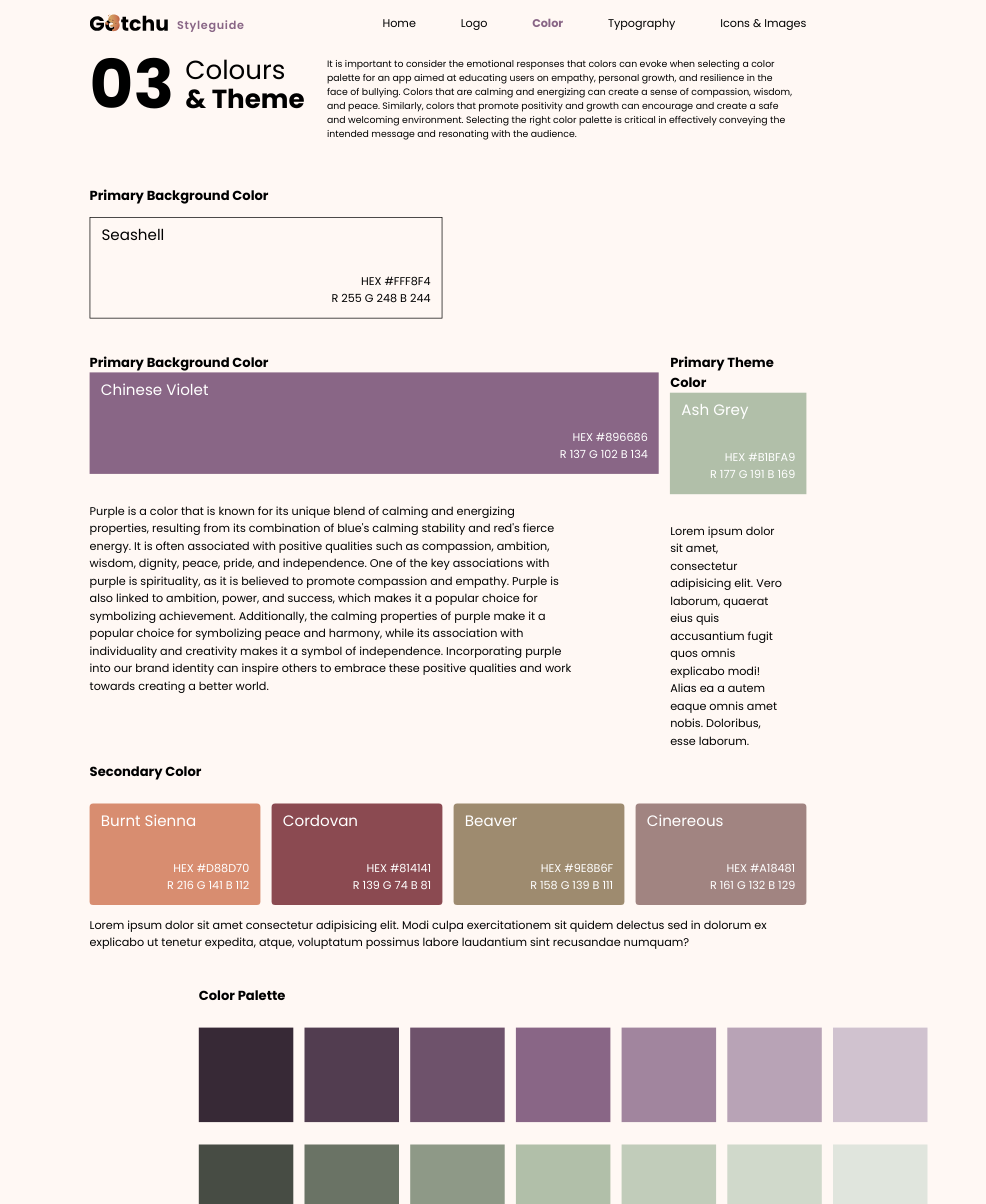
Repository: kionale/Antibullying-Project_Design-Guide
Page: color.html
An editor plug-in stored every save of this project. The page is shown before and after the next save, followed by the edit.
The browser window is 1280 px wide. The page is 1408 px wide, so the pictures cover 1408 px, including what lies to the right of the window. The pictures show the part of the page from y = 0 to 1720 px (the page is 2511 px tall before and 2552 px after), at 70% of full size.

Above is the page before, as saved 2023-03-11 01:28:55.

### color.html
<!DOCTYPE html>
<html lang="en">

<head>
    <meta charset="UTF-8">
    <meta http-equiv="X-UA-Compatible" content="IE=edge">
    <meta name="viewport" content="width=device-width, initial-scale=1.0">
    <title>Color Palette and Typography</title>
    <link rel="stylesheet" href="color.css">
</head>

<body>
    <nav class="navbar">
        <div class="logo_container">
            <img src="/images/logo.svg" class="logo" />
            <div class="app_name">Styleguide</div>
        </div>
        <ul class="nav_links">
            <li><a href="index.html">Home</a></li>
            <li><a href="logo.html">Logo</a></li>
            <li><a href="color.html"><span class="bold">Color</span></a></li>
            <li><a href="typography.html">Typography</a></li>
            <li><a href="icons.html">Icons & Images</a></li>
        </ul>
        <div class="burger">
            <div class="line1"></div>
            <div class="line2"></div>
            <div class="line3"></div>
        </div>
    </nav>
    <main class="body_container">
        <section class="about">
            <div class="section_number">
                <div class="element_number">03</div>
                <h2 class="page_title">Colours <br><span class="highlight">& Theme</h2>
            </div>
            <div class="about_text">
                <p class="section_description">It is important to consider the emotional responses that colors can evoke
                    when selecting a color palette for an app aimed at educating users on empathy, personal growth, and
                    resilience in the face of bullying. Colors that are calming and energizing can create a sense of
                    compassion, wisdom, and peace. Similarly, colors that promote positivity and growth can encourage
                    and create a safe and welcoming environment. Selecting the right color palette is critical in
                    effectively conveying the intended message and resonating with the audience.</p>
            </div>
        </section>
        <h3 class="subHeading">Primary Background Color</h3>
        <div class="columnTwo">
            <div class="subCard">
                <div class="color_container color_box1">
                    <div class="color_bgname">Seashell</div>
                    <div class="hex">HEX #FFF8F4</div>
                    <div class="RGB">R 255 G 248 B 244</div>
                </div>
            </div>
        </div>

        <div class="row">
            <div class="col">
                <div class="color_scheme">
                    <h3>Primary Background Color</h3>
                    <div class="color_container color_box2">
                        <div class="color_name">Chinese Violet</div>
                        <div class="hex_w">HEX #896686</div>
                        <div class="RGB_w">R 137 G 102 B 134</div>
                    </div>
                </div>
                <div class="color_text primary_half">
                    <p>Purple is a color that is known for its unique blend of calming and energizing
                        properties,
                        resulting from its
                        combination of blue's calming stability and red's fierce energy. It is often
                        associated with
                        positive qualities such as
                        compassion, ambition, wisdom, dignity, peace, pride, and independence. One of the
                        key
                        associations with purple is
                        spirituality, as it is believed to promote compassion and empathy. Purple is also
                        linked to
                        ambition, power, and
                        success, which makes it a popular choice for symbolizing achievement. Additionally,
                        the
                        calming properties of purple
                        make it a popular choice for symbolizing peace and harmony, while its association
                        with
                        individuality and creativity
                        makes it a symbol of independence. Incorporating purple into our brand identity can
                        inspire
                        others to embrace these
                        positive qualities and work towards creating a better world.
                    </p>
                </div>
            </div>
            <div class="col">
                <div class="color_scheme">
                    <h3>Primary Theme Color</h3>
                    <div class="color_container color_box3">
                        <div class="color_name">Ash Grey</div>
                        <div class="hex_w">HEX #B1BFA9</div>
                        <div class="RGB_w">R 177 G 191 B 169</div>
                    </div>
                </div>
                <div class="color_text primary_half">
                    <p>Lorem ipsum dolor sit amet, consectetur adipisicing elit. Vero laborum, quaerat eius
                        quis
                        accusantium fugit
                        quos omnis explicabo modi! Alias ea a autem eaque omnis amet nobis. Doloribus, esse
                        laborum.
                    </p>
                </div>
            </div>
        </div>

        <div class="col">
            <h3>Secondary Color</h3>
            <div class="row">
                <div class="color_scontainer" style="background:rgb(216, 141,112);">
                    <div class="color_name">Burnt Sienna</div>
                    <div class="hex_w">HEX #D88D70</div>
                    <div class="RGB_w">R 216 G 141 B 112</div>
                </div>
                <div class="color_scontainer" style="background:rgb(139, 74,81);">
                    <div class="color_name">Cordovan</div>
                    <div class="hex_w">HEX #814141</div>
                    <div class="RGB_w">R 139 G 74 B 81</div>
                </div>
                <div class="color_scontainer" style="background:rgb(158, 139,111);">
                    <div class="color_name">Beaver</div>
                    <div class="hex_w">HEX #9E8B6F</div>
                    <div class="RGB_w">R 158 G 139 B 111</div>
                </div>

                <div class="color_scontainer" style="background:rgb(161, 132,129);">
                    <div class="color_name">Cinereous</div>
                    <div class="hex_w">HEX #A18481</div>
                    <div class="RGB_w">R 161 G 132 B 129</div>
                </div>

            </div>
            <p>Lorem ipsum dolor sit amet consectetur adipisicing elit. Modi culpa exercitationem sit quidem
                delectus sed in dolorum ex explicabo ut tenetur expedita, atque, voluptatum possimus labore
                laudantium sint recusandae numquam?</p>

        </div>

        </div>

        <section class="color_palette">
            <div>
                <h3>Color Palette</h3>
            </div>
            <div class="color_boxes">


                <div class="row">
                    <div class="small-cl-box1" style="background:#372936"></div>
                    <div class="small-cl-box1" style="background:#523D50"></div>
                    <div class="small-cl-box1" style="background:#6E526B"></div>
                    <div class="small-cl-box1" style="background:#896686"></div>
                    <div class="small-cl-box1" style="background:#A1859E"></div>
                    <div class="small-cl-box1" style="background:#B8A3B6"></div>
                    <div class="small-cl-box1" style="background:#D0C2CF"></div>


                </div>
                <div class="row">
                    <div class="small-cl-box1" style="background:#474C44"></div>
                    <div class="small-cl-box1" style="background:#6A7365"></div>
                    <div class="small-cl-box1" style="background:#8E9987"></div>
                    <div class="small-cl-box1" style="background:#B1BFA9"></div>
                    <div class="small-cl-box1" style="background:#C1CCBA"></div>
                    <div class="small-cl-box1" style="background:#D0D9CB"></div>
                    <div class="small-cl-box1" style="background:#E0E5DD"></div>

                </div>
                <div class="row">
                    <div class="small-cl-box1" style="background:#56382D"></div>
                    <div class="small-cl-box1" style="background:#825543"></div>
                    <div class="small-cl-box1" style="background:#825543"></div>
                    <div class="small-cl-box1" style="background:#D88D70"></div>
                    <div class="small-cl-box1" style="background:#E0A48D"></div>
                    <div class="small-cl-box1" style="background:#E8BBA9"></div>
                    <div class="small-cl-box1" style="background:#EFD1C6"></div>
                </div>
                <div class="row">
                    <div class="small-cl-box1" style="background:#381E20"></div>
                    <div class="small-cl-box1" style="background:#532C31"></div>
                    <div class="small-cl-box1" style="background:#6F3B41"></div>
                    <div class="small-cl-box1" style="background:#8B4A51"></div>
                    <div class="small-cl-box1" style="background:#A26E74"></div>
                    <div class="small-cl-box1" style="background:#B99297"></div>
                    <div class="small-cl-box1" style="background:#D1B7B9"></div>
                </div>
                <div class="row">
                    <div class="small-cl-box1" style="background:#3F382C"></div>
                    <div class="small-cl-box1" style="background:#5F5343"></div>
                    <div class="small-cl-box1" style="background:#7E6F59"></div>
                    <div class="small-cl-box1" style="background:#9E8B6F"></div>
                    <div class="small-cl-box1" style="background:#B1A28C"></div>
                    <div class="small-cl-box1" style="background:#C5B9A9"></div>
                    <div class="small-cl-box1" style="background:#D8D1C5"></div>
                </div>
                <div class="row">
                    <div class="small-cl-box1" style="background:#403534"></div>
                    <div class="small-cl-box1" style="background:#614F4D"></div>
                    <div class="small-cl-box1" style="background:#816A67"></div>
                    <div class="small-cl-box1" style="background:#A18481"></div>
                    <div class="small-cl-box1" style="background:#B1A28C"></div>
                    <div class="small-cl-box1" style="background:#C7B5B3"></div>
                    <div class="small-cl-box1" style="background:#D9CECD"></div>
                </div>
            </div>
        </section>


    </main>
</body>
<footer>
    <p class="footer"> Gotchu </p>
</footer>

</html>

### color.css
@import url('https://fonts.googleapis.com/css2?family=Lato:ital,wght@0,100;0,300;0,400;0,700;0,900;1,300&family=Poppins:ital,wght@0,100;0,200;0,300;0,400;0,500;0,600;0,700;1,500&display=swap');

:root {
    --primary-clr: #896686;
    --primary-clr-2: #B1BFA9;
    --font-color: black;
    --background-clr: #FFF8F4;
    --secondary-clr-1: #D88D70;
    --secondary-clr-2: #8B4A51;

}

* {
    margin: 0px;
    padding: 0px;
    box-sizing: border-box;
    /* border: 1px black solid; */
}

body {

    /* font-family: 'lato',sans-serif; */
    font-family: 'Poppins', sans-serif;
    background-color: var(--background-clr);

}

/* NavBar (Formatted) */

.navbar {
    /* background-color: var(--secondary-clr); */
    display: flex;
    justify-content: space-between;
    align-items: center;
    min-height: 9vh;
    color: var(--font-color);
    /* position: sticky; */
    top: 0;
    padding: 0 8rem;
}

.logo_container {
    display: flex;
    flex-direction: row;
    align-items: center;
    gap: 0.8rem;
}

.logo {
    width: 7rem;
    object-fit: contain;
}


.logo:hover {
    transform: scale(1.05);
}

.app_name {
    letter-spacing: 1px;
    font-size: 1rem;
    font-weight: 600;
    color: #896686;
    margin-top: 0.5rem;
}

.app_name:hover {
    color: var(--secondary-clr);
}

.bold {
    font-weight: bold;
    color: var(--primary-clr);
}

.nav_links {
    display: flex;
    flex-direction: row;
    justify-content: flex-end;
    gap: 4rem;
    width: 40vw;
    flex-grow: 1;
}

.nav_links li {
    list-style: none;
}

.nav_links a {
    color: inherit;
    text-decoration: none;
    font-weight: 400;
}

.nav_links li:hover {
    transform: translateX(-5%);
}

.burger {
    display: none;
    cursor: pointer;
}

.burger div {
    width: 1.5rem;
    height: 0.15rem;
    background-color: black;
    margin: 0.35rem;

}

/* NavBar (End) */

/* Main Container (Formatted) */

.body_container {
    display: flex;
    flex-direction: column;
    padding: 0rem 8rem;
}

/* Main Container (End) */

/* Section Number with Desciption (Formatted) */

.about {
    display: flex;
    flex-direction: row;
    min-height: 5rem;
    justify-content: flex-start;
    margin-bottom: 2rem;
}

.section_number {
    display: flex;
    flex-direction: row;
    justify-content: center;
    align-items: center;
    height: 7rem;
}

.element_number {
    font-size: 72pt;
    font-weight: 790;
    line-height: 100%;
    margin-right: 1rem;
}

.page_title {
    font-weight: 400;
    font-size: 28pt;
    line-height: 110%;
    white-space: nowrap;
}

.highlight {
    font-weight: 700;
}

.about_text {
    padding: 1rem 1rem 1rem 2rem;
    font-size: 10pt;
}

/* Section Number with Desciption (End) */

.colors {
    display: flex;
    flex-direction: column;
    /* justify-content: center; */
    margin-top: 2rem;
    gap: 1.5rem;
}

.subHeading {
    width: 100%;
    padding: 1rem 0;
}

.columnTwo {
    display: grid;
    grid-template-columns: repeat(2, 1fr);
    gap: 1rem;
    margin-bottom: 2rem;
}

.subCard {
    display: flex;
    flex-direction: column;
    gap: 1rem;
    position: relative;
}

.color_box1 {
    background-color: var(--background-clr);
    border: 1px solid black;

}

.color_box2 {
    background-color: var(--primary-clr);
}

.color_box3 {
    background-color: var(--primary-clr-2);
}

.primary_half {
    width: 85%;
}

.color_scheme h3 {
    align-items: flex-start;
}

.color_container {
    width: 100%;
    height: 145px;
    position: relative;
}

.color_scontainer {
    width: 245px;
    height: 145px;

    margin-top: 1rem;
    border-radius: 5px;
    position: relative;
}

.color_bgname {
    position: absolute;
    top: 0.5rem;
    left: 1rem;
    font-size: 1.35rem;
    color: black;

}

.color_name {
    position: absolute;
    top: 0.5rem;
    left: 1rem;
    font-size: 1.35rem;
    color: white;
}


.hex {
    position: absolute;
    bottom: 2.5rem;
    right: 1rem;
}

.hex_w {
    color: white;
    position: absolute;
    bottom: 2.5rem;
    right: 1rem;
}

.RGB {
    position: absolute;
    bottom: 1rem;
    right: 1rem;
}

.RGB_w {
    color: white;
    position: absolute;
    bottom: 1rem;
    right: 1rem;
}

.underline {
    text-decoration: underline;

}

.color_text {
    padding-top: 2.5rem;
}

.color_palette {
    display: flex;
    flex-direction: column;
    gap: 1rem;
    margin-top: 3rem;
    width: 100vw;
    padding-left: 9.75rem;

}


.row {
    display: flex;
    gap: 1rem;
    margin-top: 1rem;
    margin-bottom: 1rem;

}

.color_boxes {
    display: flex;
    flex-direction: column;
}

.small-cl-box1 {
    width: 135px;
    aspect-ratio: 1/1;


}

.small-cl-box2 {
    width: 4rem;
    aspect-ratio: 1/1;
    background-color: lightpink;

}

.small-cl-box3 {
    width: 4rem;
    aspect-ratio: 1/1;
    background-color: plum;

}

.dividing_line {
    width: 30%;
    height: 4px;
    background-color: black;
}

.col {
    display: flex;
    flex-direction: column;
}

.footer {
    margin-top: 2rem;
    text-align: center;
}

After the next save:
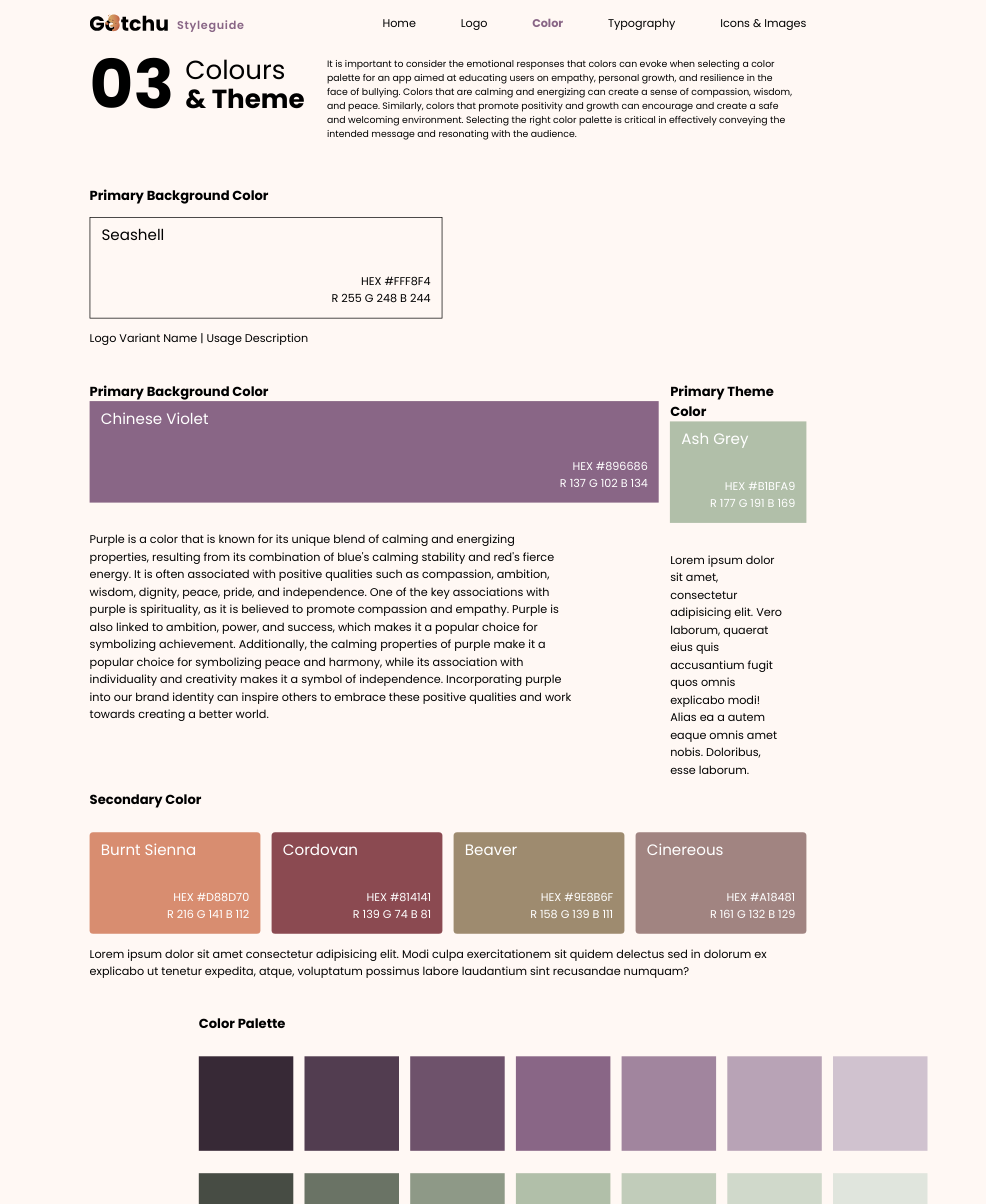
Saved 34 s later.
--- a/color.html
+++ b/color.html
@@ -51,6 +51,7 @@
                     <div class="hex">HEX #FFF8F4</div>
                     <div class="RGB">R 255 G 248 B 244</div>
                 </div>
+                <p class="description_text">Logo Variant Name | Usage Description</p>
             </div>
         </div>
 
